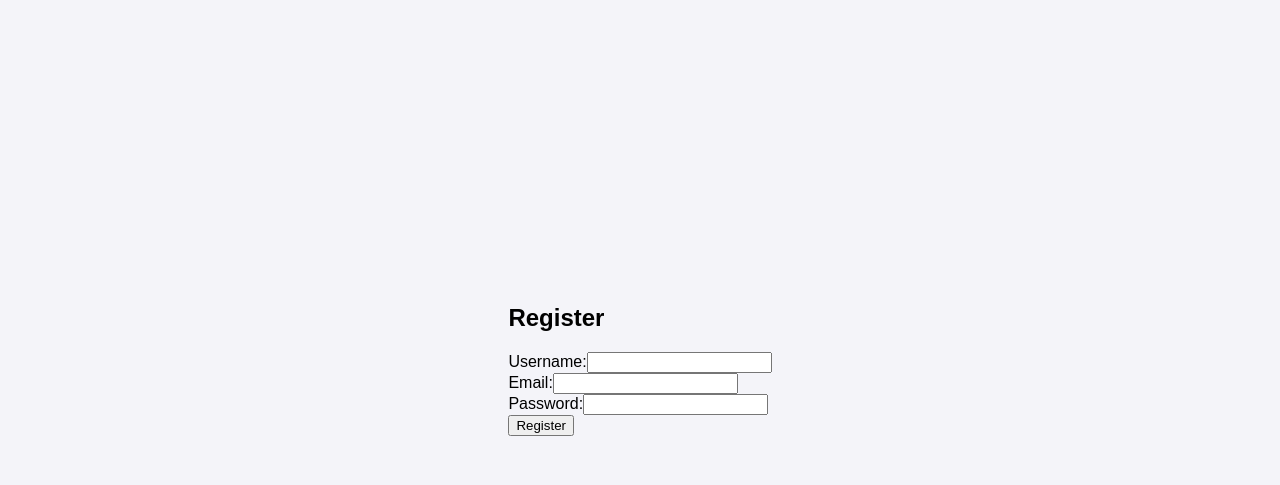
Repository: Nuttawut-Amattong/outtrip
Page: /register (app in OutTrip/)
The author's editor kept a copy of each file at every save. The page is drawn from the files as they stood at one save, then again after the next save.
The browser window is 1280 px wide. The pictures show the whole page.
The project was rebuilt for these pictures with package versions that can differ from the ones it lists, and the page was loaded fresh each time. Also part of the build but not shown: OutTrip/vite.config.js, OutTrip/src/pages/Login.jsx.

Above is the page before, as saved 2025-05-18 22:39:37.

After the next save:
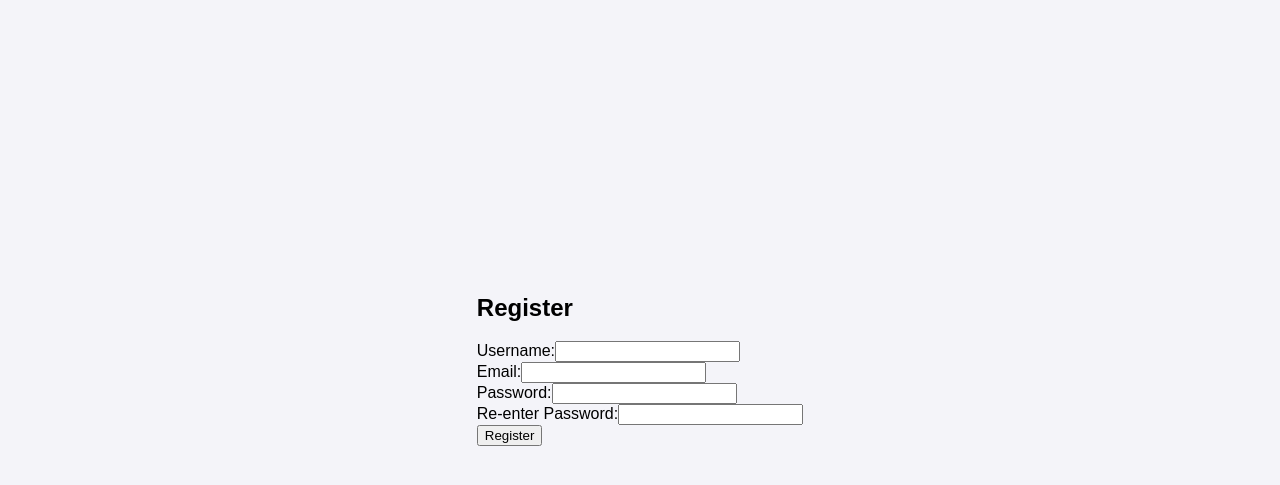
Saved 59 s later.
--- a/OutTrip/src/pages/Register.jsx
+++ b/OutTrip/src/pages/Register.jsx
@@ -5,7 +5,10 @@ const Register = () => {
         username: '',
         email: '',
         password: '',
+        rePassword: '',  // เพิ่ม rePassword
     });
+
+    const [error, setError] = useState('');
 
     const handleChange = (e) => {
         const { name, value } = e.target;
@@ -13,10 +16,17 @@ const Register = () => {
             ...formData,
             [name]: value,
         });
+        setError(''); // เคลียร์ error เวลาพิมพ์ใหม่
     };
 
     const handleSubmit = (e) => {
         e.preventDefault();
+
+        if (formData.password !== formData.rePassword) {
+            setError('Passwords do not match');
+            return;
+        }
+
         console.log('Registering user:', formData);
         // Add your registration logic here
     };
@@ -58,6 +68,18 @@ const Register = () => {
                         required
                     />
                 </div>
+                <div>
+                    <label htmlFor="rePassword">Re-enter Password:</label>
+                    <input
+                        type="password"
+                        id="rePassword"
+                        name="rePassword"
+                        value={formData.rePassword}
+                        onChange={handleChange}
+                        required
+                    />
+                </div>
+                {error && <p style={{ color: 'red' }}>{error}</p>}  {/* แสดง error */}
                 <button type="submit">Register</button>
             </form>
         </div>
